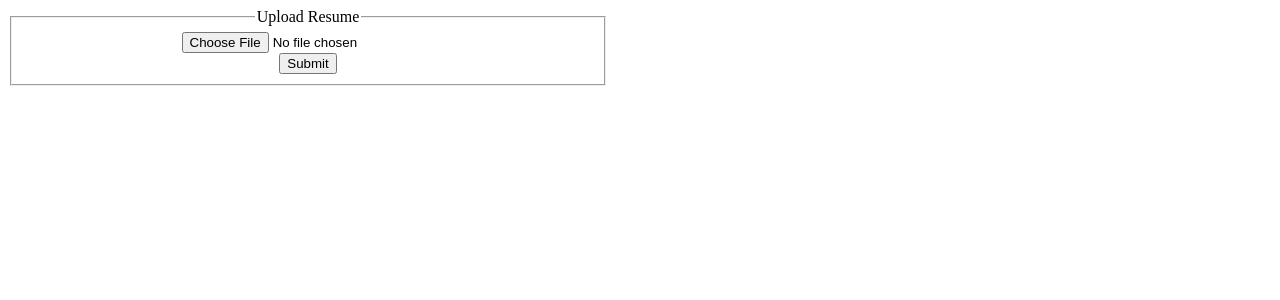
Repository: prashantsuman07/Manthan-ELF-16-OCT-19-Prashant-Suman
Page: http://localhost/Resume_Finder_Java_Application/JSP/UploadResume.jsp
The author's editor kept a copy of each file at every save. The page is drawn from the files as they stood at one save, then again after the next save.
The browser window is 1280 px wide. The pictures show the whole page.
The page is served by Tomcat 9.

Above is the page before, as saved 2019-12-02 12:03:07.

After the next save:
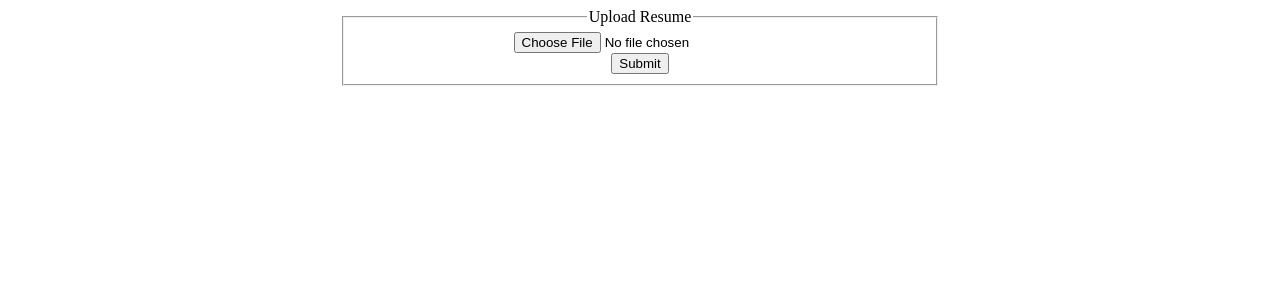
Saved 33 s later.
--- a/PLP_FinalEvaluation_JAVA/Resume_Finder_Java_Application/WebContent/JSP/UploadResume.jsp
+++ b/PLP_FinalEvaluation_JAVA/Resume_Finder_Java_Application/WebContent/JSP/UploadResume.jsp
@@ -8,7 +8,7 @@
 <style type="text/css">
 .Upload{
 width:600px;
-align="center"
+margin:auto;
 }
 </style>
 </head>
